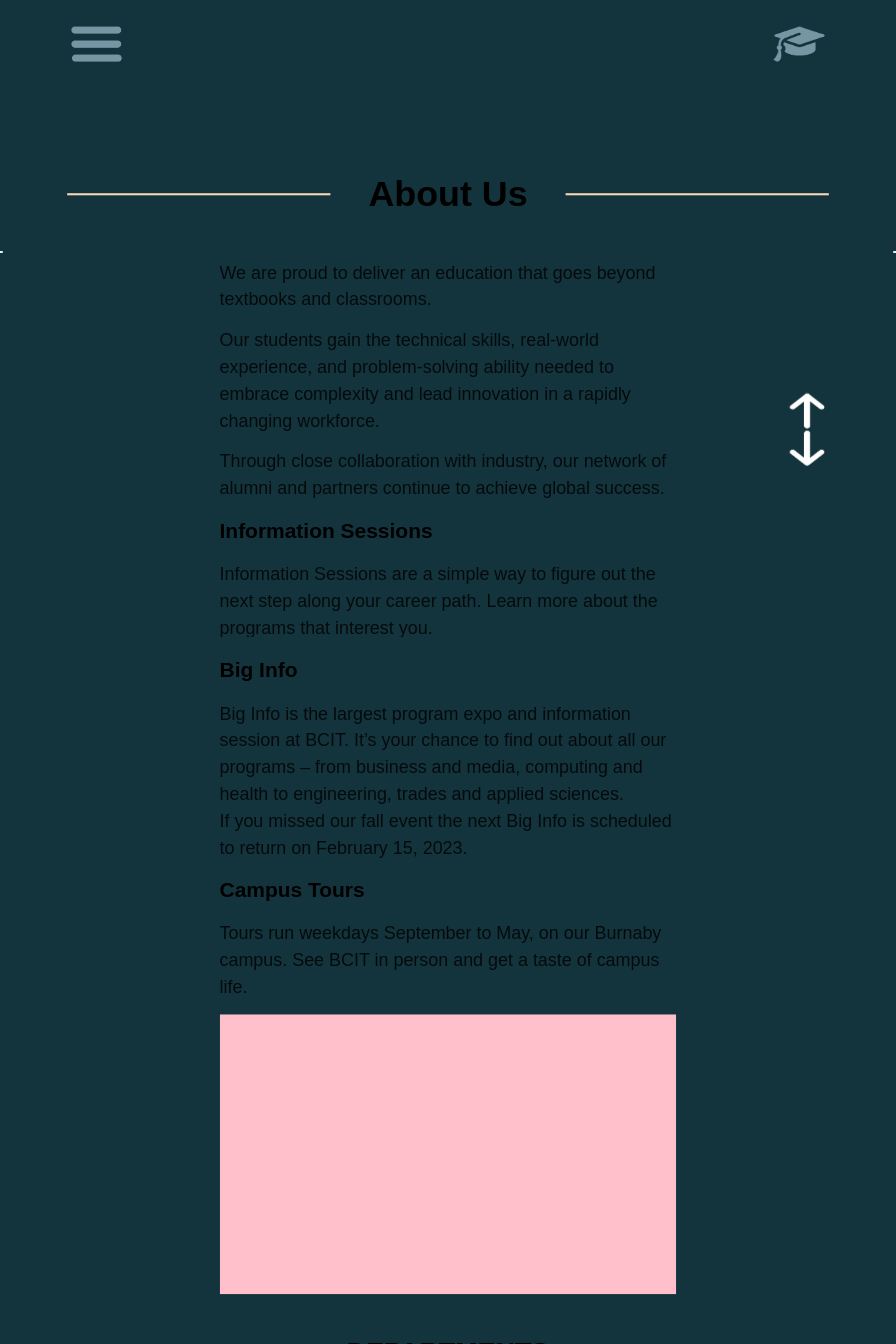
Repository: Kinakopan/playwright_bcit
Page: /about
An editor plug-in stored every save of this project. The page is shown before and after the next save, followed by the edit.
The browser window is 1280 px wide. The pictures show the part of the page from y = 0 to 1920 px (the page is 2725 px tall), at 70% of full size.
Some web fonts or font styles are not loaded; a fallback is used. The project was rebuilt for these pictures with package versions that can differ from the ones it lists, and the page was loaded fresh each time. The framework's server and built-in components were replaced by stand-ins that run in the browser. Also part of the build but not shown: next.config.js.

Above is the page before, as saved 2023-01-28 12:32:43.

After the next save:
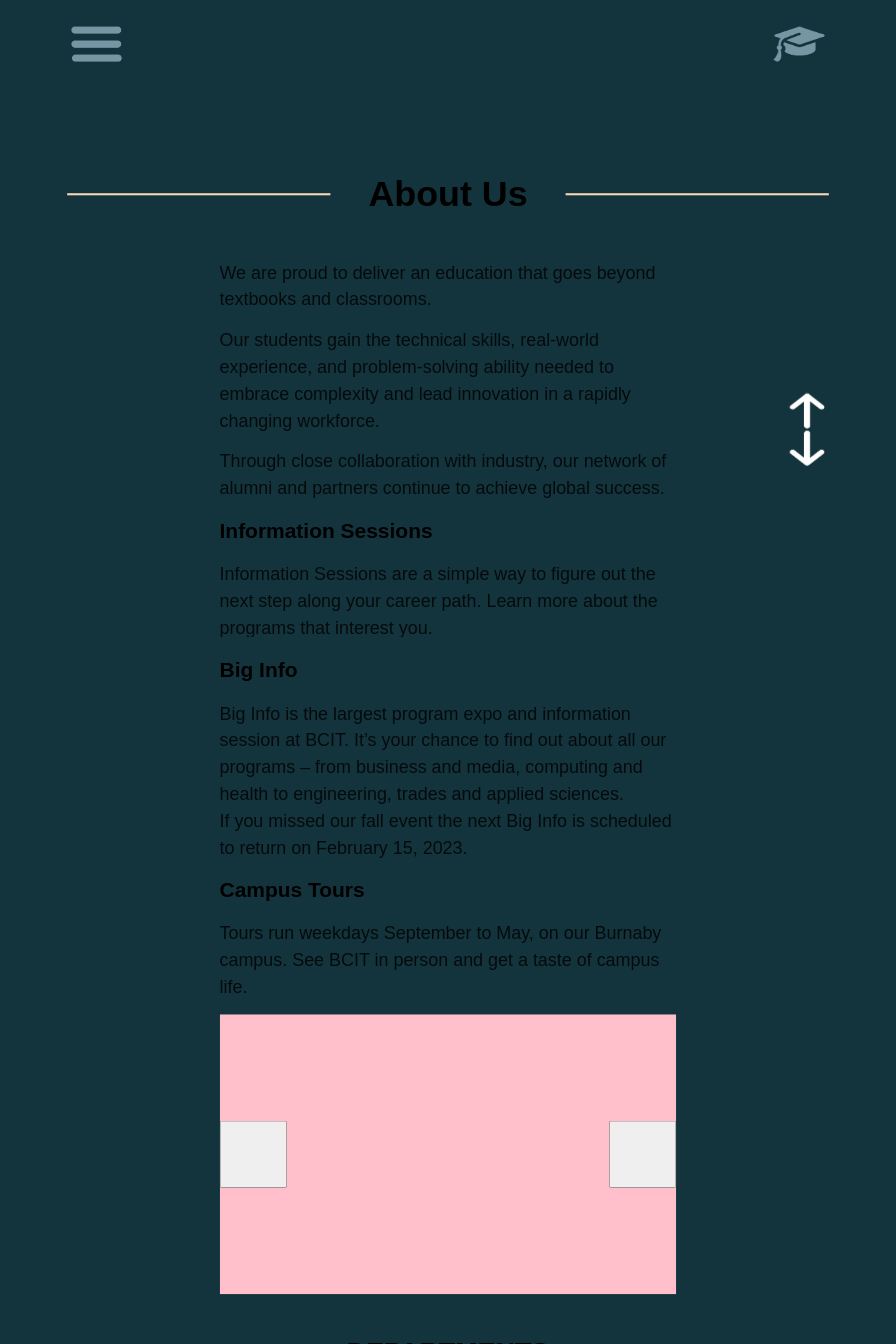
Saved 19 s later.
--- a/styles/Home.module.css
+++ b/styles/Home.module.css
@@ -494,6 +494,7 @@
   width: 100%;
   display: flex;
   overflow-x: hidden;
+  position: relative;
 }
 
 .image_carousel {
@@ -525,6 +526,8 @@
   transform: translateY(-50%);
   font-size: 2rem;
   cursor: pointer;
+  width: 6rem;
+  height: 6rem;
 }
 
 .prevBtn {
